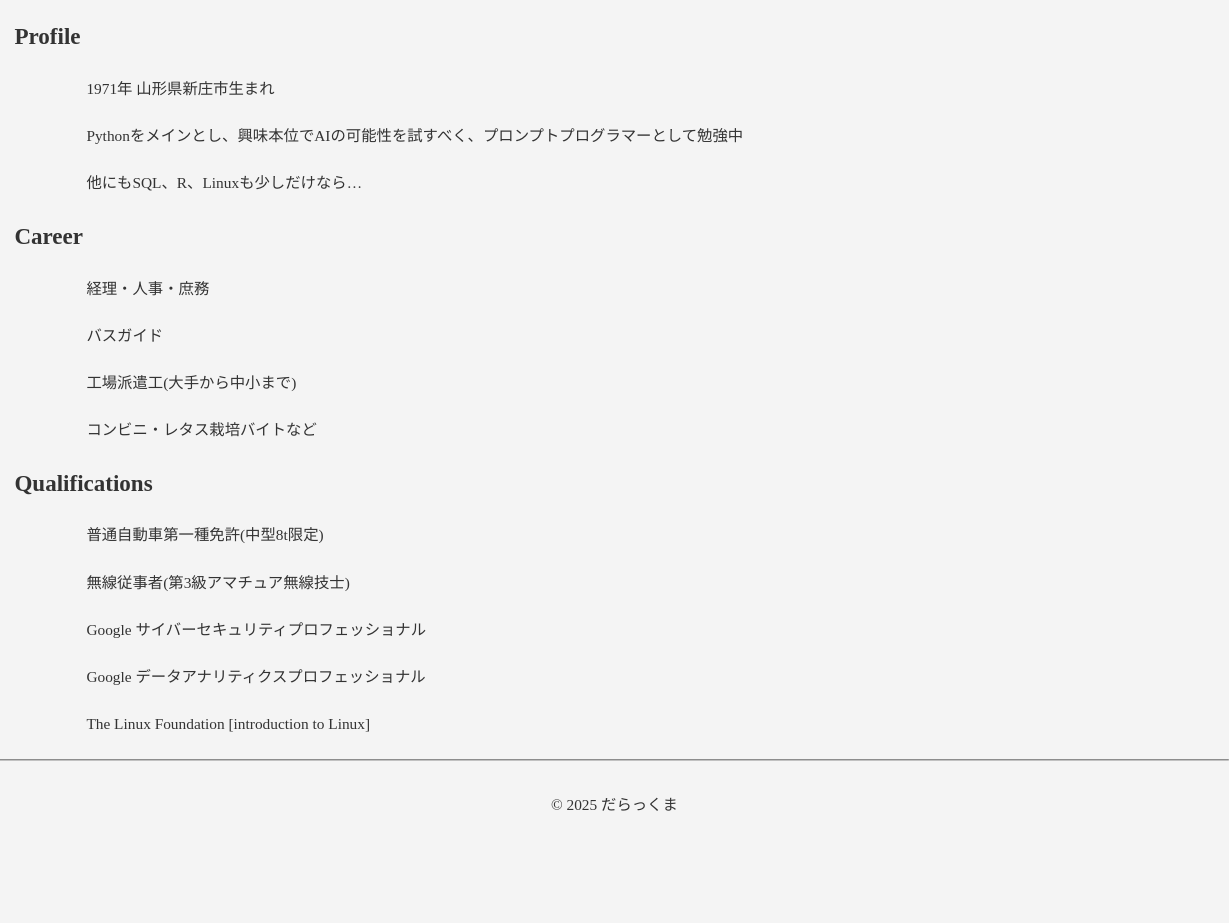
Repository: rydeen7907/html
Page: profile.html
An editor plug-in stored every save of this project. The page is shown before and after a run of saves, followed by the edit.
The browser window is 1280 px wide. The pictures show the whole page, at 96% of full size.

Above is the page before, as saved 2025-04-27 17:51:03.

### profile.html
<!DOCTYPE html>
<html lang="ja">
<head>
    <meta charset="UTF-8">
    <meta name="viewport" content="width=device-width, initial-scale=1.0">
    <title>Profile - だらっくまのサイト</title>
    <link rel="stylesheet" href="style.css">
</head>
<body>
    <main>
        <h2>Profile</h2>
        <ul>
            <p>1971年 山形県新庄市生まれ</p>
            <p>Pythonをメインとし、興味本位でAIの可能性を試すべく、プロンプトプログラマーとして勉強中</p>
            <p>他にもSQL、R、Linuxも少しだけなら…</p>
        </ul>

        <h2>Career</h2>
        <ul>
        <p>経理・人事・庶務</p>
        <p>バスガイド</p>
        <p>工場派遣工(大手から中小まで)</p>
        <p>コンビニ・レタス栽培バイトなど</p>
        </ul>

        <h2>Qualifications</h2>
        <ul>
        <p>普通自動車第一種免許(中型8t限定)</p>
        <p>無線従事者(第3級アマチュア無線技士)</p>
        <p>Google サイバーセキュリティプロフェッショナル</p>
        <p>Google データアナリティクスプロフェッショナル</p>
        <p>The Linux Foundation [introduction to Linux]</p>
        <p></p>
        </ul>

    </main>

 <footer class="social-links">
        <p>&copy; 2025 だらっくま</p>
    </footer>

</body>
</html>

### style.css
/* 基本スタイル */
:root {
    /* 色の設定 */
    --text-color-dark: #333; /*  */
    --text-color-light: #555; /*  */
    --background-color: #f4f4f4; /*  */
    --background-color-scroll: aqua; /*  */
    --link-color: #333; /* リンクの色 */
    --link-color-hover: #ff8000; /* ホバー時のリンク色 */

/* タイポグラフィ */
    --font-family: Arial, sans-serif; /* フォントファミリー */
    --line-height-base: 1.5; /* 行間を調整 (例：1.5倍 px,%,emでも可能) */
    --font-size-small: 12px; /* フォントサイズを小さく */
    --font-size-base: 16px; /* 基本フォントサイズ */
    --font-size-large: 24px; /* 大きなフォントサイズ */
    --font-size-xlarge: 32px; /* 特大フォントサイズ */

/* 余白 */
    --margin-xs: 5px; /* 小さなマージン */
    --margin-s: 10px; /* 基本マージン */
    --margin-m: 15px; /* 中くらいのマージン */
    --margin-l: 20px; /* 大きなマージン */
    --margin-xl: 25px; /* 特大マージン */
    --margin-xxl: 40px; /* 特特大マージン */
    --margin-xxxl: 50px; /* 特特特大マージン */
}

body {
    margin: 0; /* ブラウザデフォルトのマージンをリセット */
    padding: 0; /* ブラウザデフォルトのパディングをリセット */
    padding-bottom: var(--margin-xxxl); /* ページ下部のパディングを追加 */
    font-family: var(--font-size-base);
    line-height: var(--line-height-base); /* 行間を読みやすく調整 (例：2.0倍 px,%,emでも可能) */
    color: var(--text-color-dark); /* 文字色を濃いグレーに設定 */
    background-color: var(--background-color); /* 背景色を薄いグレーに設定 */
}

/* ヘッダー */
.header-image {
    display: block; /* 中央配置のためブロック要素に */
    width: 100%;
    /* max-width: auto; は width: 100%; があれば不要 */
    height: 400px;
    margin: 0 auto; /* 上下のマージンは０、左右は自動で中央揃え */
    object-fit: cover; /* 画像のアスペクト比を維持、要素に合わせる */
}

/* 画像の説明文 */
.image-caption {
    padding-top: var(--margin-xs); /* 上部のパディングを追加 */
    padding-bottom: var(--margin-xs); /* 下部のパディングを追加 */
    padding-left: var(--margin-m);    /* 左側のパディングを追加 */
    padding-right: var(--margin-m); /* 右側のパディングを追加 */

    margin-top: var(--margin-xs); /* 上部のマージンを追加 */
    margin-bottom: var(--margin-xl); /* 下部のマージンを追加 */
    font-size: var(--font-size-small); /* フォントサイズを小さく */
    color: var(--text-color-light); /* 文字色を薄いグレーに */
    text-align: right; /* 右寄せ */
}

/* 画像キャプション内のリンク */
.image-caption a {
    color: inherit; /* リンクの色 */
    text-align: right;
    text-decoration: none; /* 下線を削除 */
}
.image-caption a:hover,
.image-caption a:focus {
    color: var(--link-color-hover); /* ホバー時のリンク色 */
    text-decoration: underline; /* 下線を追加 */
}

/* スクロールテキストコンテナ */
.scrolling-text-container {
    width: 100%; /* 幅 */
    height: 55px; /* 高さ */
    margin-bottom: var(--margin-xxl); /* 下部のマージンを追加 */
    padding-top: var(--margin-xs); /* 上部のパディングを追加 */
    padding-bottom: var(--margin-s); /* 下部のパディングを追加 */
    box-sizing: border-box; /* パディングとボーダーを含めたサイズ計算 */
    background-color: var(--background-color-scroll); /* 背景色をアクアに設定 */
    overflow: hidden; /* はみ出た部分を隠す */
}

/* スクロールテキスト */
.scrolling-text {
    display: inline-block; /* インラインブロック要素に設定 */
    margin: 0; /* コンテナ内でのマージンを削除 */
    padding-left: 100%; /* 開始位置を右側に設定 */
    font-size: var(--font-size-large); /* フォントサイズ */
    font-weight: bold; /* 太字に設定 */
    color: var(--text-color-dark); /* 文字色を濃いグレーに */
    white-space: nowrap; /* 折り返し禁止 */
    animation: scroll-left 25s linear infinite; /* アニメーションを適用 */

}

/* スクロールアニメーションの定義 */
@keyframes scroll-left {
    0% {
        transform: translateX(0); /* 開始位置 */
    }
    100% {
        /* テキスト自身の幅だけ左に移動させる */
        transform: translateX(-150%);
    }
}

/* メインコンテンツ */
h1 {
    margin: var(--margin-xxl) 0 var(--margin-l); /* 上下のマージンを追加 */
    font-size: var(--font-size-xlarge); /* フォントサイズ */
    font-weight: bold; /* 太字に設定 */
    text-align: center; /* 中央配置 */
    color: var(--text-color-dark); /* 文字色を濃いグレーに */
}

main h2{
    margin-left: var(--margin-m); /* 左側のマージンを追加 */
}

/* 段落 p */
p {
    margin: var(--margin-xl) 0 ; /* 上下のマージンを追加 */
    text-align: center; /* 中央配置 */
    font-size: var(--font-size-base); /* フォントサイズ */
}

main p{
    margin-left: var(--margin-xxxl); /* 左側のマージンを追加 */
    text-align: left; /* 左寄せ */
    font-size: var(--font-size-base); /* フォントサイズ */
}

/* リンク a */
a {
    display: block;
    color: var(--link-color); /* 文字色を赤に */
    margin: var(--margin-s) auto; /* 上部のマージンを追加 */
    font-size: var(--font-size-base); /* フォントサイズ */
    font-weight: bold; /* 太字に設定 */
    text-align: center; /* 中央配置 */
    text-decoration: none; /* 下線を削除 */
    transition: color 0.3s; /* ホバー時の色変更にトランジションを追加 */
}

/* ホバー時のスタイル */
a:hover,
a:focus { /* ホバーとフォーカス時に適用するスタイル */
    color: var(--link-color-hover); /* ホバー時の文字色をオレンジに変更 */
    text-decoration: underline; /* 下線を追加 */
}

/* SNS リンク */
.social-links {
    text-align: center;
    margin: var(--margin-xl) 0; /* 上下のマージンを追加 */
    padding-bottom: var(--margin-s); /* 上下のパディングを追加 */
    border-top: 1px solid var(--text-color-light); /* 上部に薄いグレーのボーダーを追加 */
    padding-top: var(--margin-s); /* 上部のパディングを追加 */
}

.social-links h2 {
    font-size: var(--font-size-base); /* フォントサイズ */
    color: var(--text-color-dark); /* 文字色を濃いグレーに */
    margin: var(--margin-s) 0; /* 上下のマージンを追加 */
    font-weight: normal; /* 太字に設定 */
}

.social-links ul {
    list-style: none; /* リストのマークを削除 */
    padding: 0; /* パディングを削除 */
    margin: 0; /* マージンを削除 */
}

.social-links li {
    display: inline-block; /* 横並び */
    margin: 0 var(--margin-s); /* 左右のマージンを追加 */
}

/* SNSリンク 固有のスタイル */
.social-links a {
    display: inline-block; /* クリック範囲を確保 */
    line-height: 1; /* 画像のベースラインを揃えるのに役立つ */
    /* color: var(--link-color); /* リンクの色 */
    text-decoration: none; /* 下線を削除 */
    /*font-size: var(--font-size-base); /* フォントサイズ */
    transition: opacity 0.3s; /* ホバー時の透明度変更 (テキスト：color 0.3s)*/
}

.social-icon {
    width: 48px; /* アイコンの幅 */
    height: 48px; /* アイコンの高さ */
    vertical-align: middle; /* 他のアイコンと並んだ場合の垂直配置を中央に */
    /*object-fit: cover; /* 画像のアスペクト比を維持、要素に合わせる */
}

/* ホバー時のスタイル */
.social-links a:hover,
.social-links a:focus {
    /* color: var(--link-color-hover); /* ホバー時の文字色をオレンジに変更 */
    /* text-decoration: underline; /* 下線を追加 */
    opacity: 0.7; /* ホバー時の透明度を変更 */
}

After the next 2 saves:
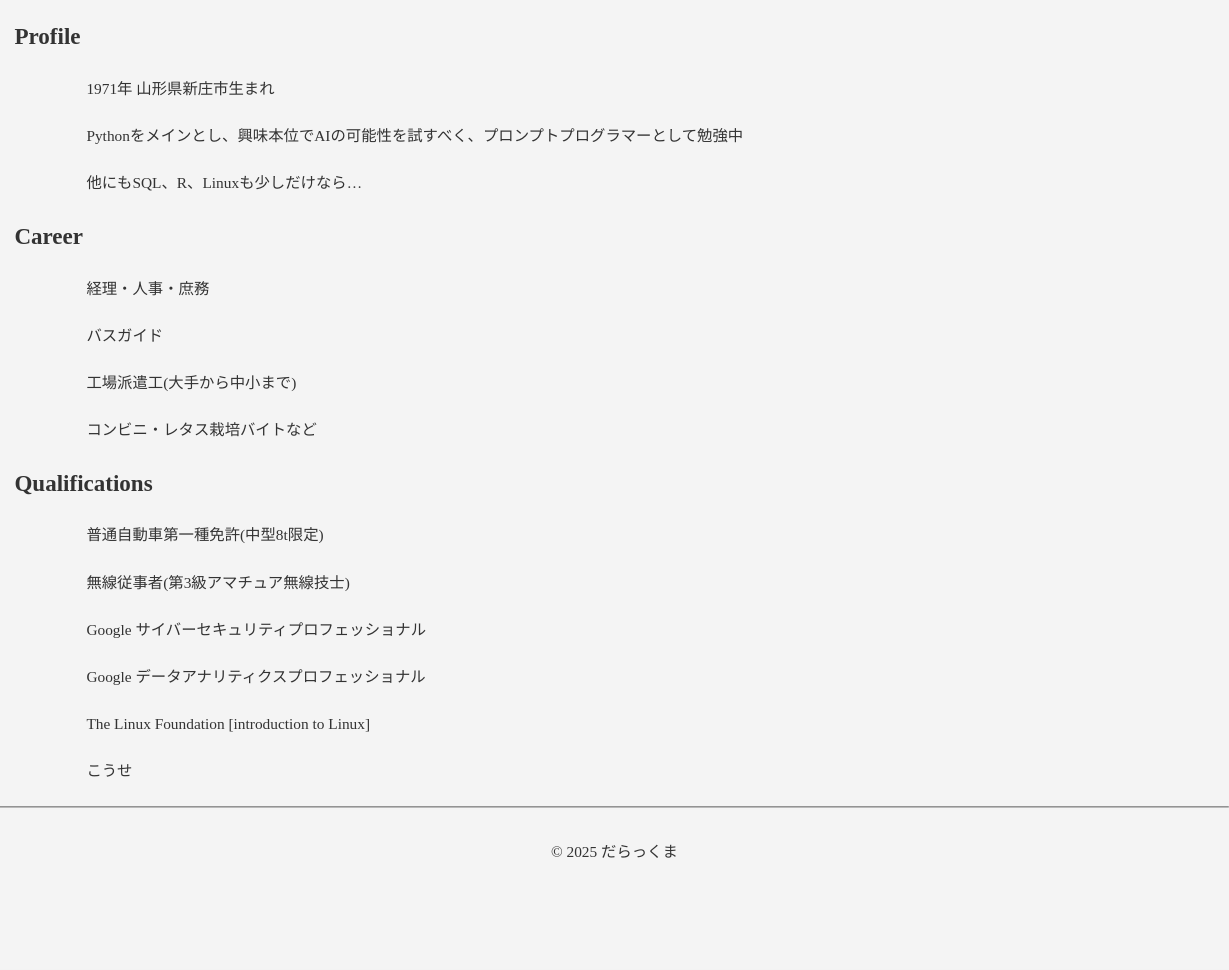
The 2 saves are shown as one change because they came seconds apart.
The last was saved 43 s later.
--- a/profile.html
+++ b/profile.html
@@ -30,7 +30,7 @@
         <p>Google サイバーセキュリティプロフェッショナル</p>
         <p>Google データアナリティクスプロフェッショナル</p>
         <p>The Linux Foundation [introduction to Linux]</p>
-        <p></p>
+        <p>こうせ</p>
         </ul>
 
     </main>
